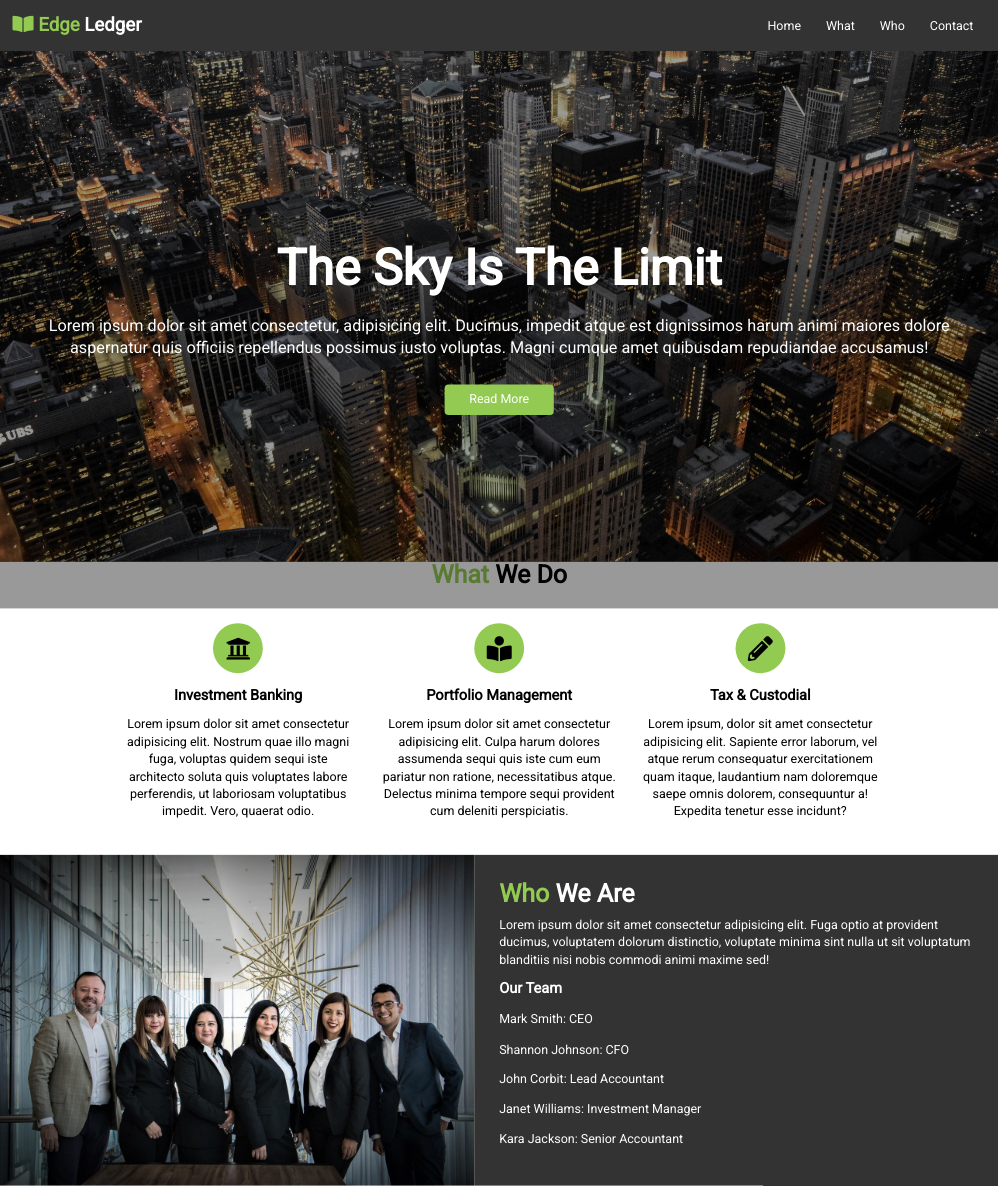
Repository: minhtien9/EdgeLedger-Financial-Web
Page: index.html
The author's editor kept a copy of each file at every save. The page is drawn from the files as they stood at one save, then again after the next save.
The browser window is 1280 px wide. The pictures show the whole page, at 78% of full size.

Above is the page before, as saved 2021-08-16 22:37:26.

After the next save:
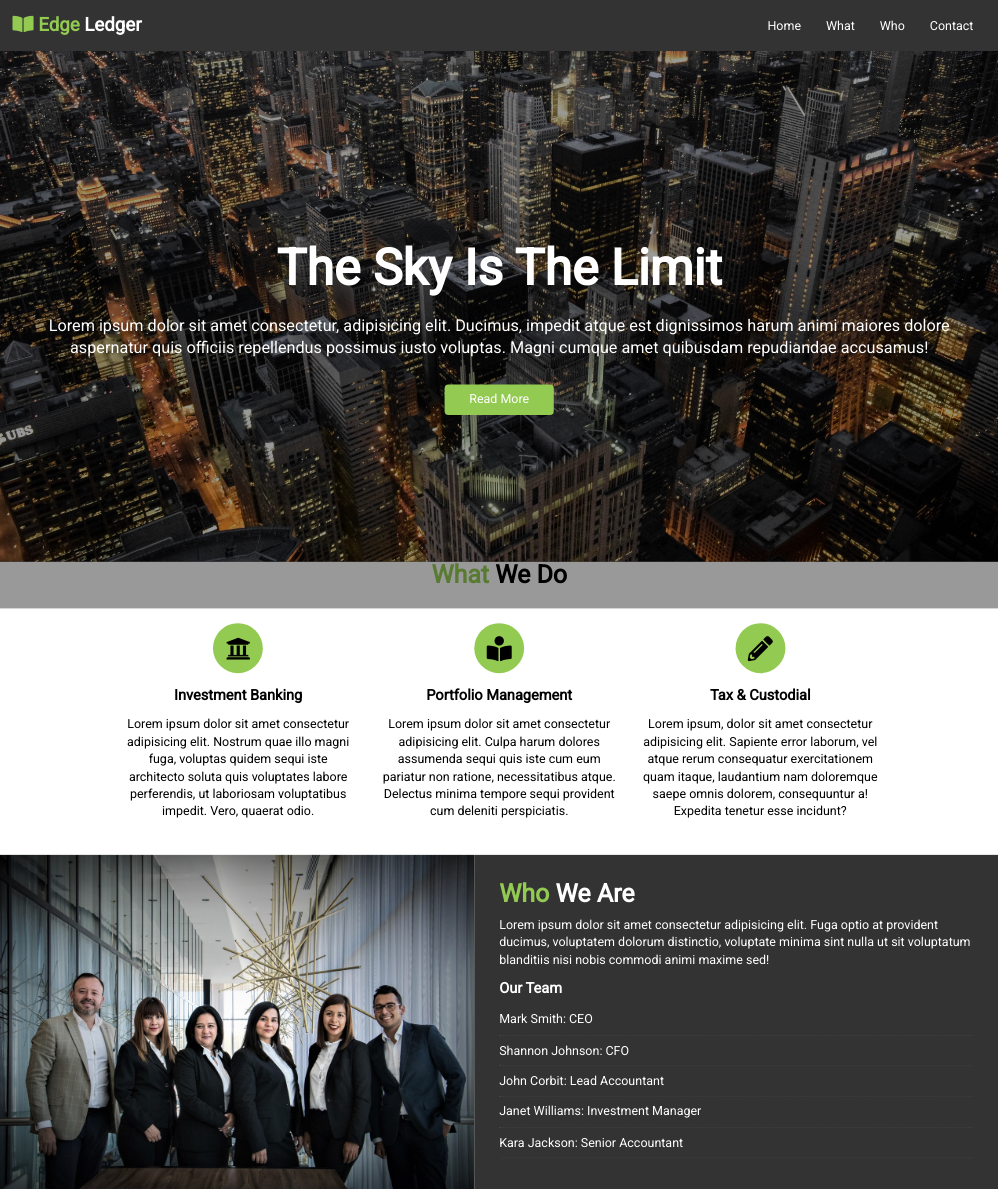
Saved 22 s later.
--- a/css/style.css
+++ b/css/style.css
@@ -100,6 +100,7 @@
 
 .list li {
     padding: 0.5rem 0;
+    border-bottom: #444 dotted 1px;
 }
 
 
